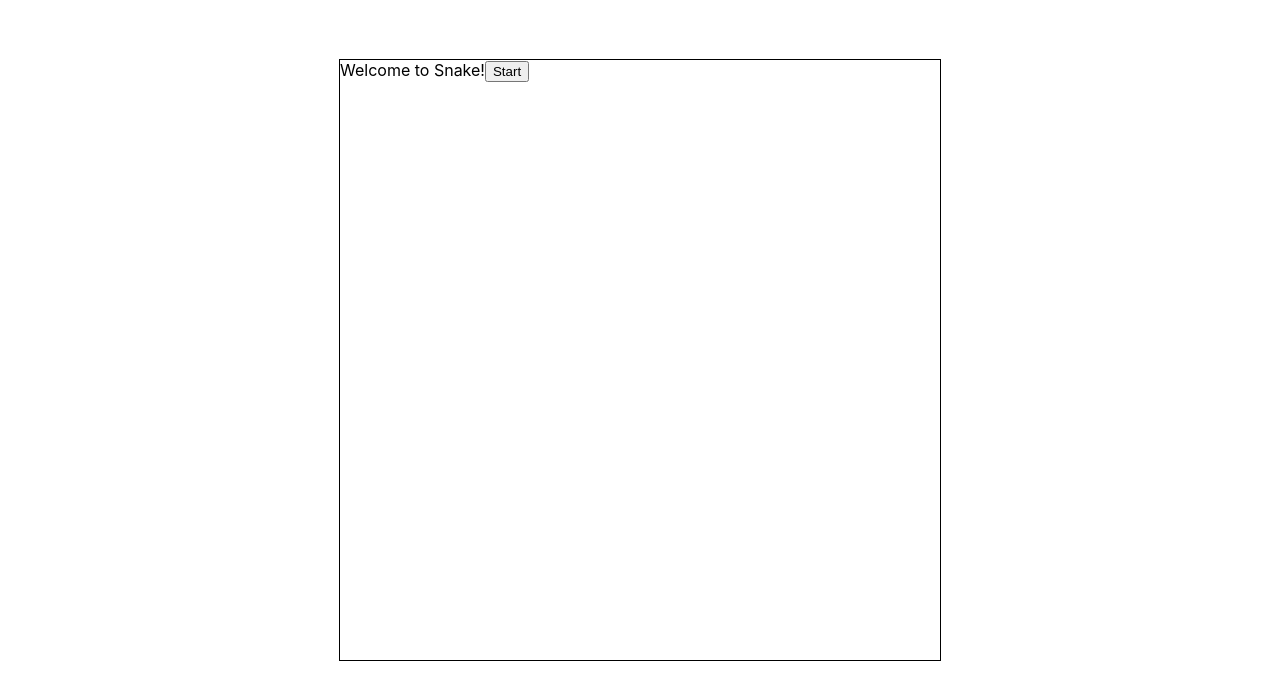
Repository: meills/react-snake
Page: /
An editor plug-in stored every save of this project. The page is shown before and after the next save, followed by the edit.
The browser window is 1280 px wide. The pictures show the whole page.
The project was rebuilt for these pictures with package versions that can differ from the ones it lists, and the page was loaded fresh each time. Also part of the build but not shown: src/components/Snakeboard.js, src/styles/App.css.

Above is the page before, as saved 2020-06-15 13:28:45.

After the next save:
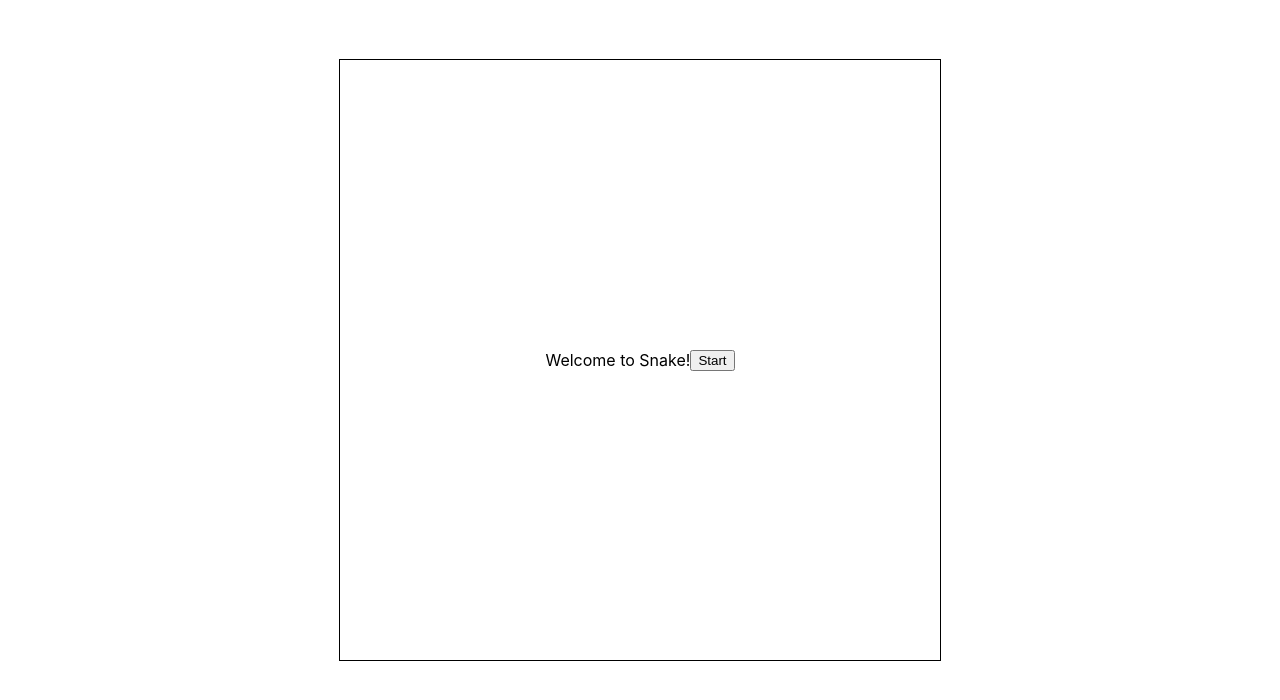
Saved 8 s later.
--- a/src/styles/snakeboard.css
+++ b/src/styles/snakeboard.css
@@ -11,9 +11,8 @@
     height: 600px;
     outline: 1px solid black;
     display: flex;
-
-    flex-direction: row;
-    flex-wrap: wrap;
+    align-items: center;
+    justify-content: center;
 
 }
 
